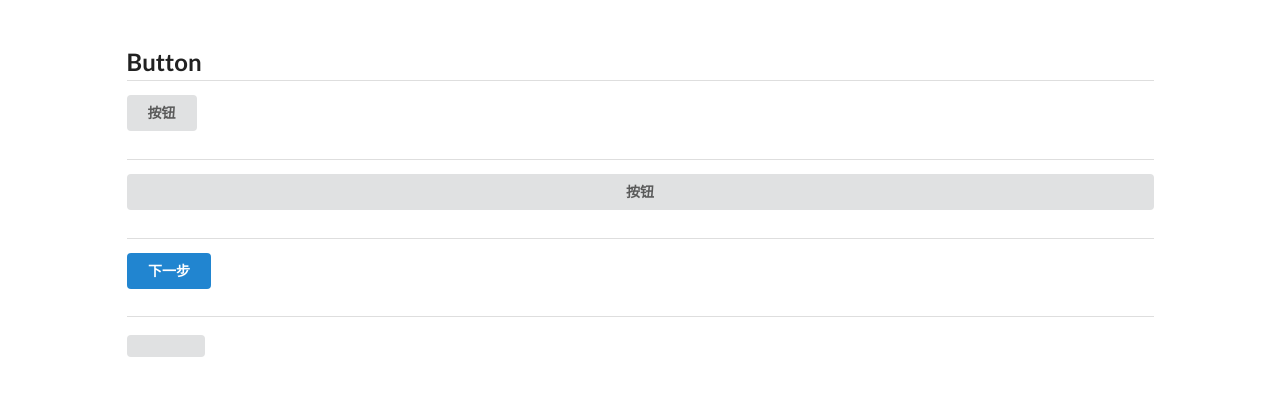
Repository: GOGOHQ/myblog
Page: index.html
These files come from the project's save history. The page is drawn as it stood at one moment and after the next save; the edit follows.
The browser window is 1280 px wide. The pictures show the whole page.
Some web libraries are served in a nearby version.

Above is the page before, as saved 2020-01-16 13:04:07.

After the next save:
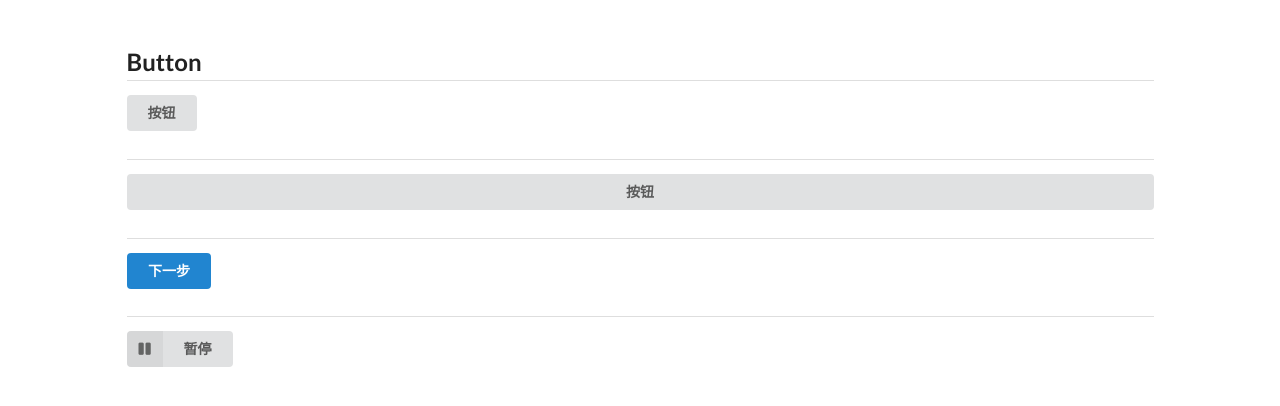
Saved 45 s later.
--- a/index.html
+++ b/index.html
@@ -25,7 +25,8 @@
     </button>
     <h2 class="ui dividing header"></h2>
     <button class="ui button labeled icon">
-
+        <i class="pause icon"></i>
+        暂停
     </button>
 
 </div>
